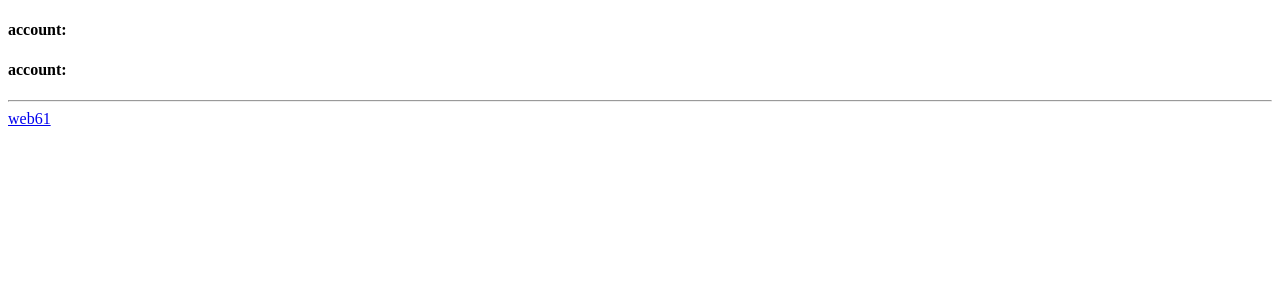
Repository: fgh64hfhk/webworkspace
Page: http://localhost/eeit82_web/web62.jsp
The author's editor kept a copy of each file at every save. The page is drawn from the files as they stood at one save, then again after the next save.
The browser window is 1280 px wide. The pictures show the whole page.
The page is served by Tomcat 10. Other server files are loaded and not shown.

Above is the page before, as saved 2024-05-13 16:18:41.

### eeit82_web/src/main/webapp/web62.jsp
<%@ page language="java" contentType="text/html; charset=UTF-8"
    pageEncoding="UTF-8"%>

<!DOCTYPE html>
<html>
	<head>
		<meta charset="UTF-8">
		<title>web62 page</title>
	</head>
	<body>
		<div>
			<h4>account: ${ param.account }</h4>
			<h4>account: ${ param.password }</h4>
		</div>
		<hr>
		<div><a href="web61.html">web61</a></div>
	</body>
</html>

After the next save:
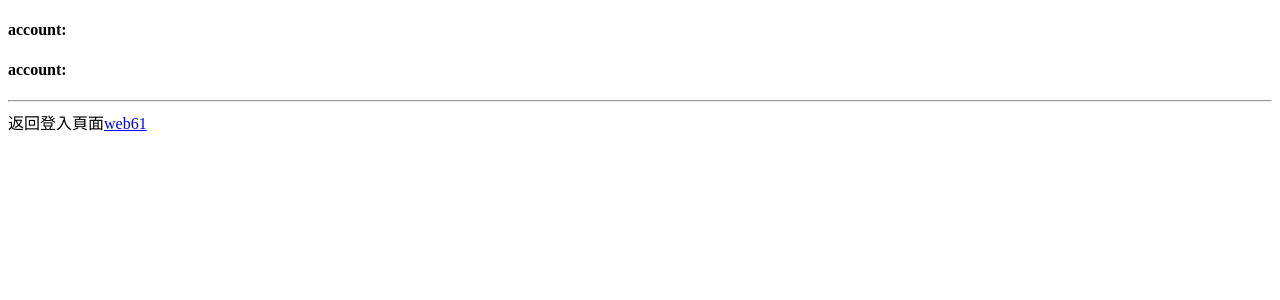
Saved 31 s later.
--- a/eeit82_web/src/main/webapp/web62.jsp
+++ b/eeit82_web/src/main/webapp/web62.jsp
@@ -13,6 +13,6 @@
 			<h4>account: ${ param.password }</h4>
 		</div>
 		<hr>
-		<div><a href="web61.html">web61</a></div>
+		<div>返回登入頁面<a href="web61.html">web61</a></div>
 	</body>
 </html>
